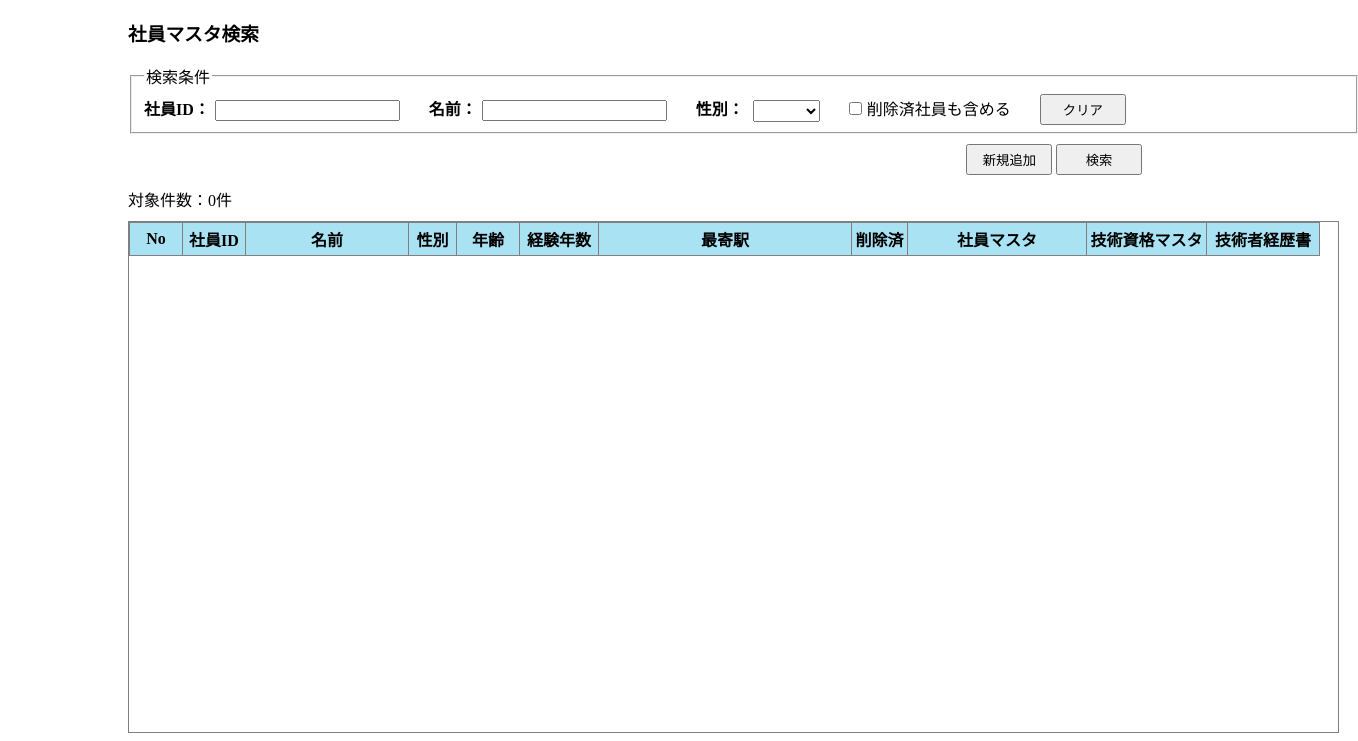
Repository: nguyenvantandev/WebApp
Page: http://localhost/EmployeeInfoSystem/
The author's editor kept a copy of each file at every save. The page is drawn from the files as they stood at one save, then again after the next save.
The browser window is 1280 px wide. The page is 1358 px wide, so the pictures cover 1358 px, including what lies to the right of the window. The pictures show the whole page.
Some web libraries are served in a nearby version. The page is served by Tomcat 9. The template is opened directly, without the code that normally fills it, so the values that code supplies are empty.

Above is the page before, as saved 2016-05-31 02:29:48.
Console error: TypeError: Cannot read properties of null (reading 'value')

After the next save:
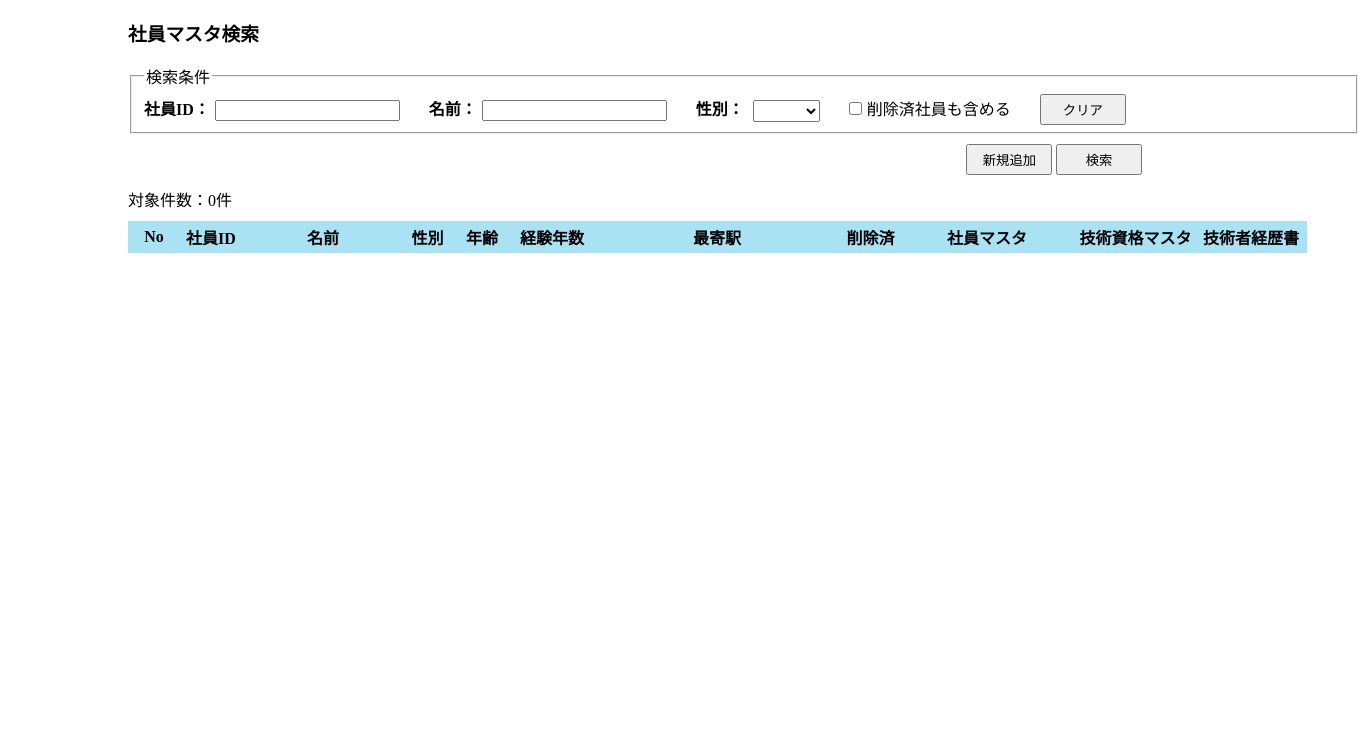
Saved 113 s later.
--- a/EmployeeInfoSystem/WebContent/EmployeeSearch.jsp
+++ b/EmployeeInfoSystem/WebContent/EmployeeSearch.jsp
@@ -49,7 +49,7 @@
 			</div>
 			<input type="hidden" id="kennsu" name="kennsu" value="<%=((Integer) request.getAttribute("count"))%>">
 			<div id="list">
-				<table id="table" border="1">
+				<table id="table">
 					<thead>
 						<tr>
 							<th style="width: 50px" align="center">No</th>

After the save that followed:
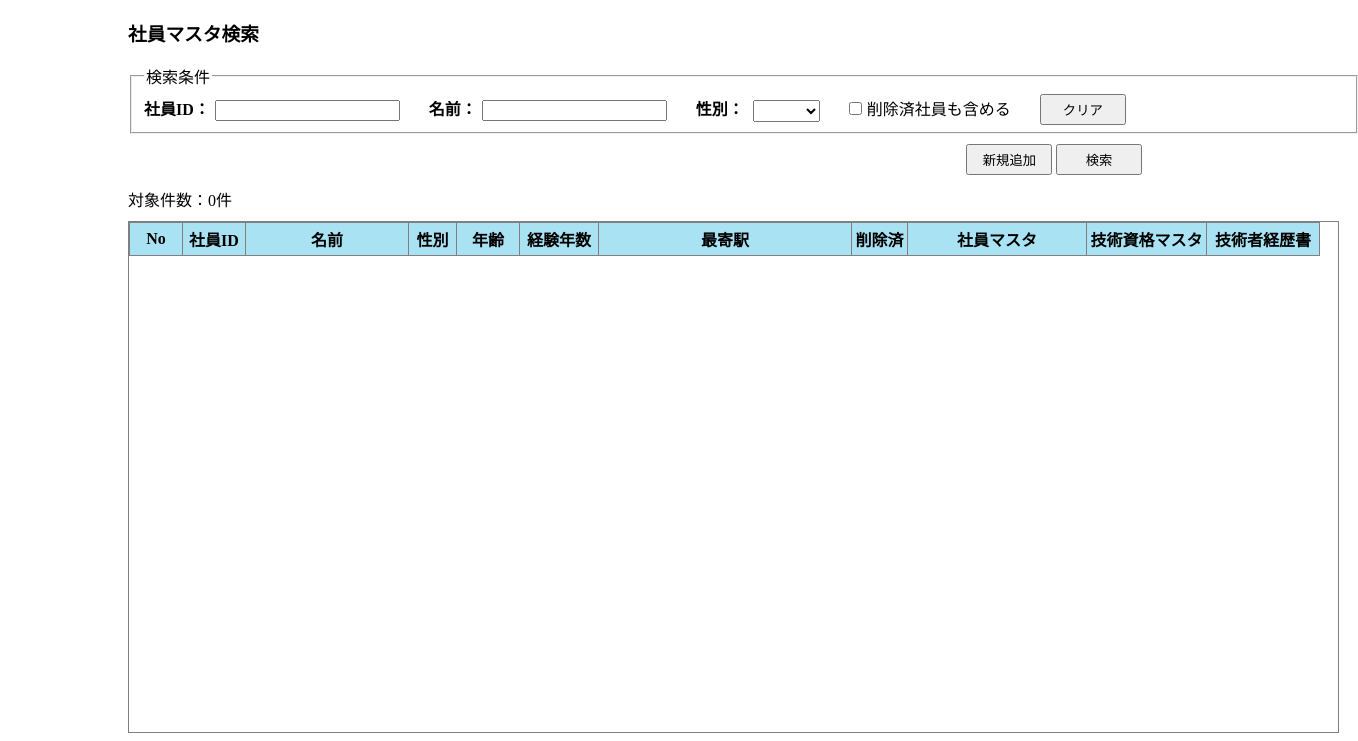
Saved 24 s later.
--- a/EmployeeInfoSystem/WebContent/EmployeeSearch.jsp
+++ b/EmployeeInfoSystem/WebContent/EmployeeSearch.jsp
@@ -49,7 +49,7 @@
 			</div>
 			<input type="hidden" id="kennsu" name="kennsu" value="<%=((Integer) request.getAttribute("count"))%>">
 			<div id="list">
-				<table id="table">
+				<table id="table" border="1">
 					<thead>
 						<tr>
 							<th style="width: 50px" align="center">No</th>
